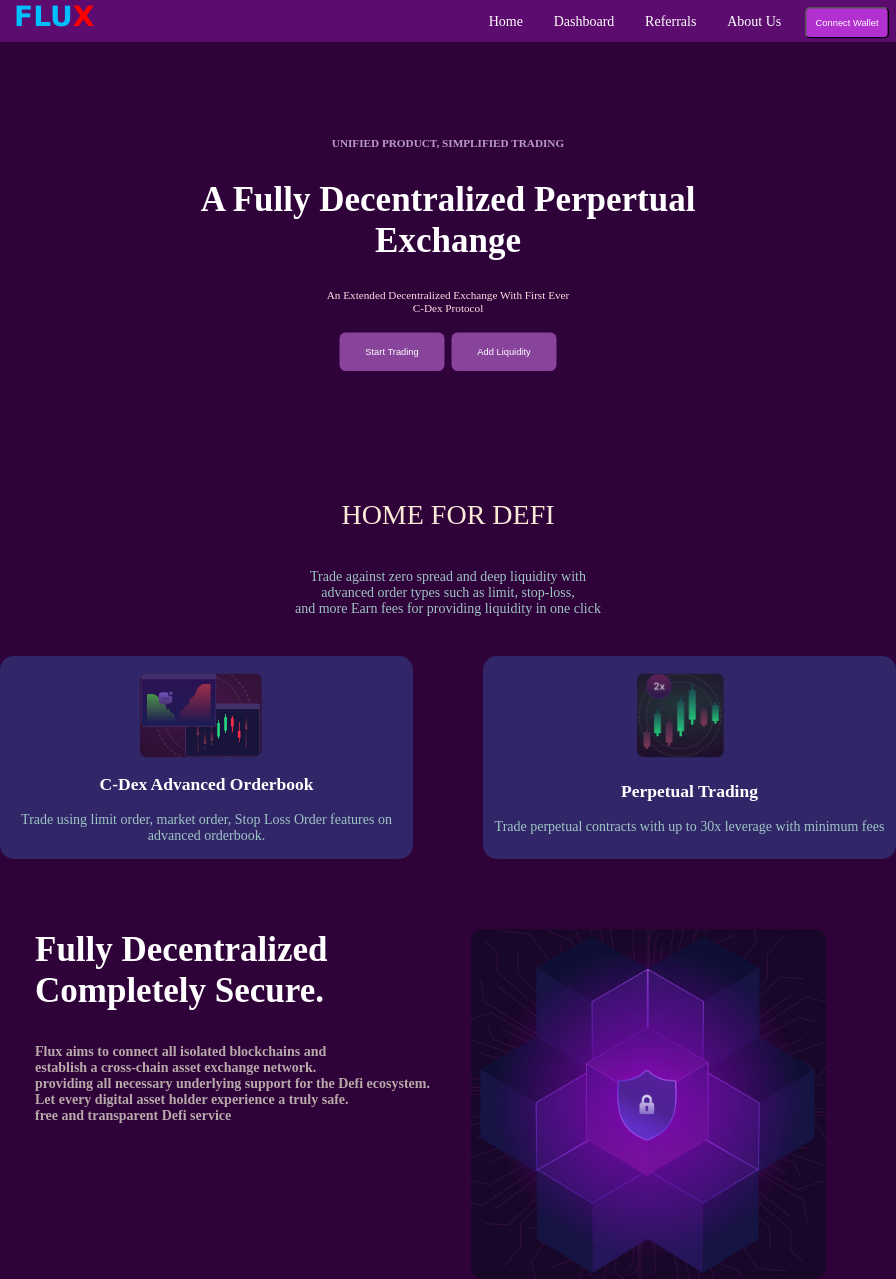
Repository: Tobby004/Flux-figma
Page: index.html
These files come from the project's save history. The page is drawn as it stood at one moment and after the next save; the edit follows.
The browser window is 1280 px wide. The pictures show the whole page, at 70% of full size.

Above is the page before, as saved 2023-04-20 06:29:50.

After the next save:
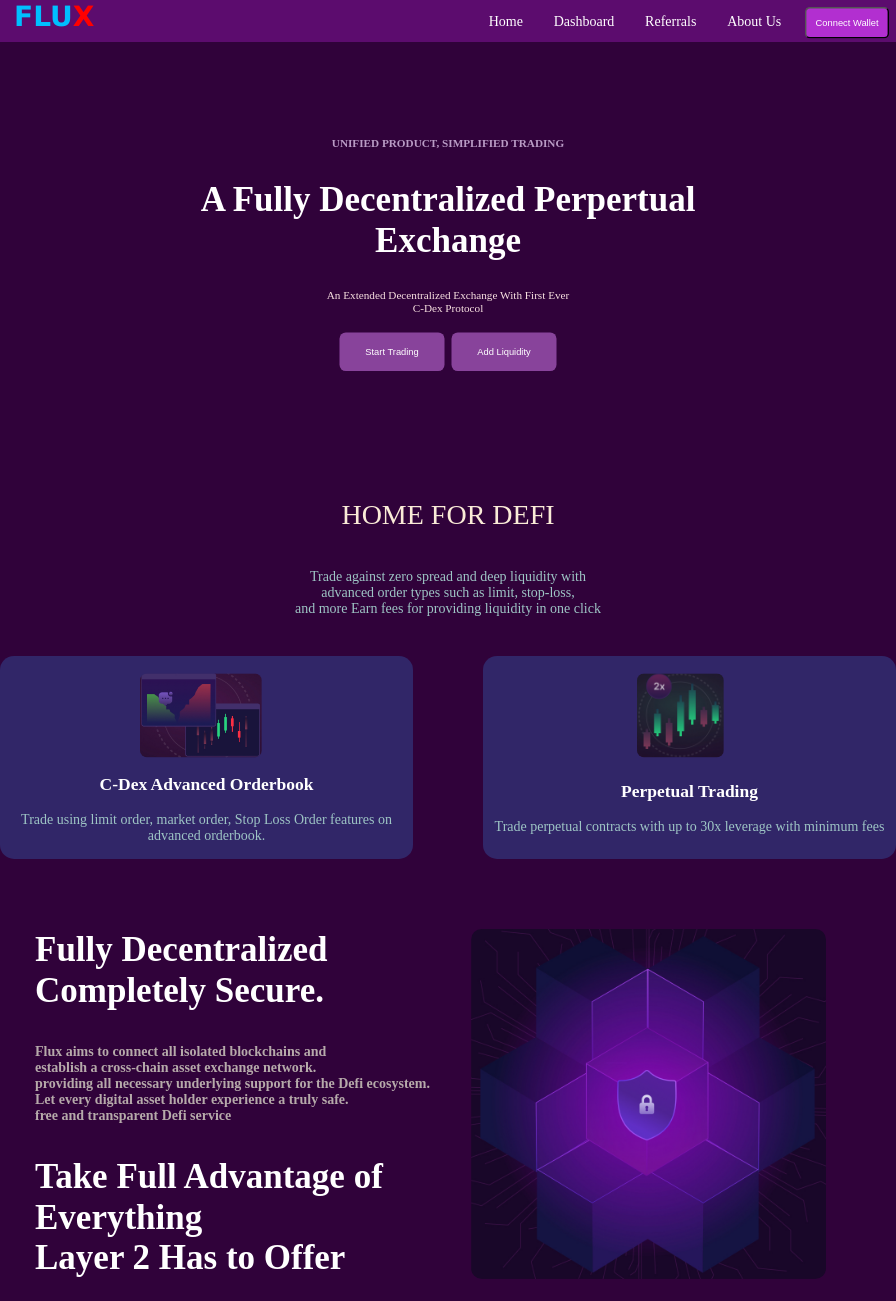
Saved 20 min 53 s later.
--- a/index.html
+++ b/index.html
@@ -52,5 +52,8 @@
     <h1>Fully Decentralized <br>Completely Secure.</h1>
     <h6>Flux aims to connect all isolated blockchains and <br>establish a cross-chain asset exchange network.<br>providing all necessary underlying support for the Defi ecosystem.<br> Let every digital asset holder experience a truly safe.<br>free and transparent Defi service</h6>
 </main>
+<main-2>
+    <h1>Take Full Advantage of Everything <br>Layer 2 Has to Offer</h1>
+</main-2>
 </body>
 </html>
--- a/style.css
+++ b/style.css
@@ -152,3 +152,9 @@ main h6 {
     font-size: 20px;
     margin-left: 50px;
 }
+main-2 h1{
+    color: white;
+    font-size: 50px;
+    margin-left: 50px;
+
+}
